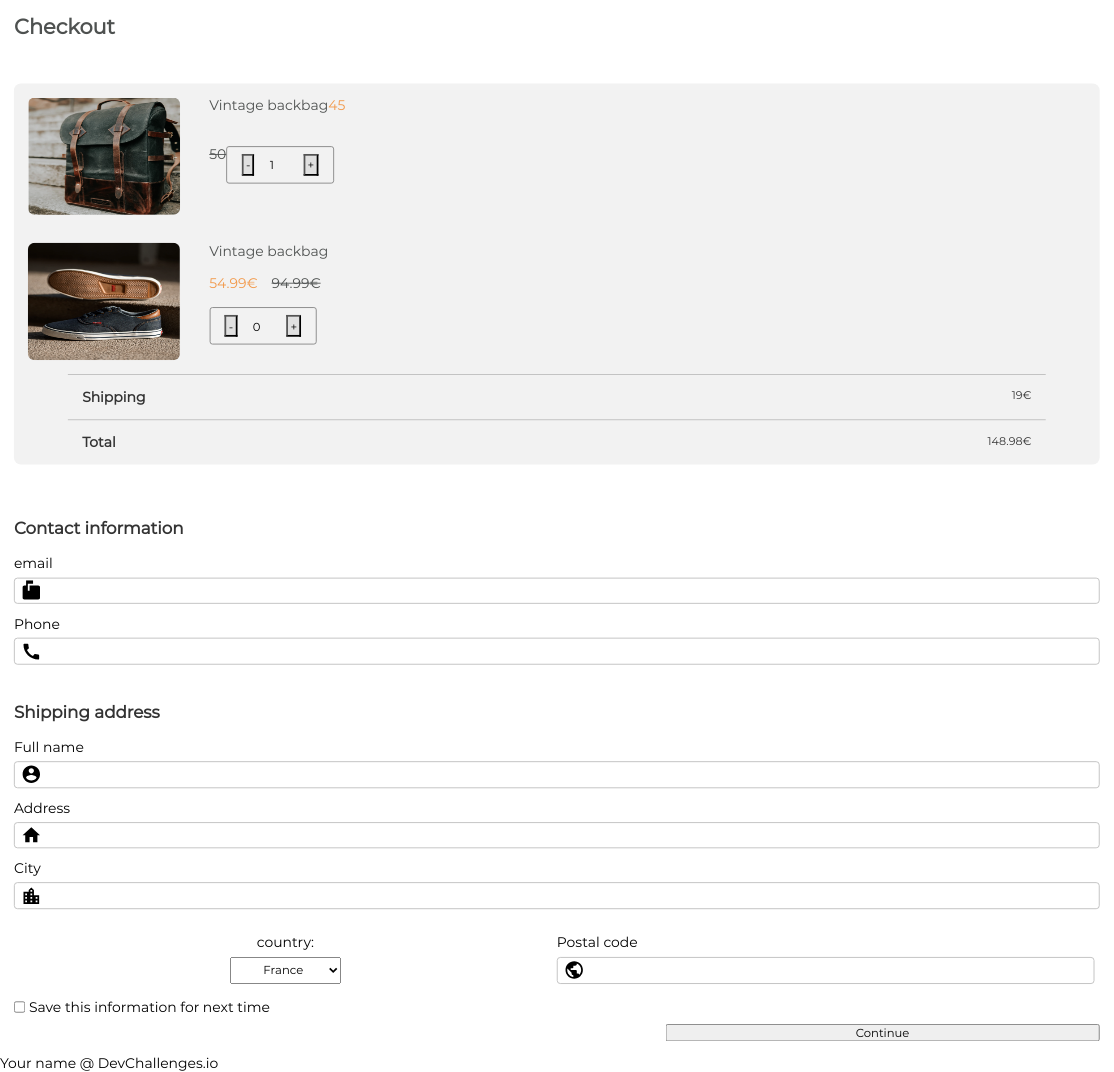
Repository: dubar-jeremy/checkout-page-master
Page: index.html
An editor plug-in stored every save of this project. The page is shown before and after the next save, followed by the edit.
The browser window is 1280 px wide. The pictures show the whole page, at 87% of full size.
The style sheet was rebuilt from its Sass, Less or Tailwind sources for each picture, by a compiler version that may differ from the author's.

Above is the page before, as saved 2021-02-05 23:57:31.

After the next save:
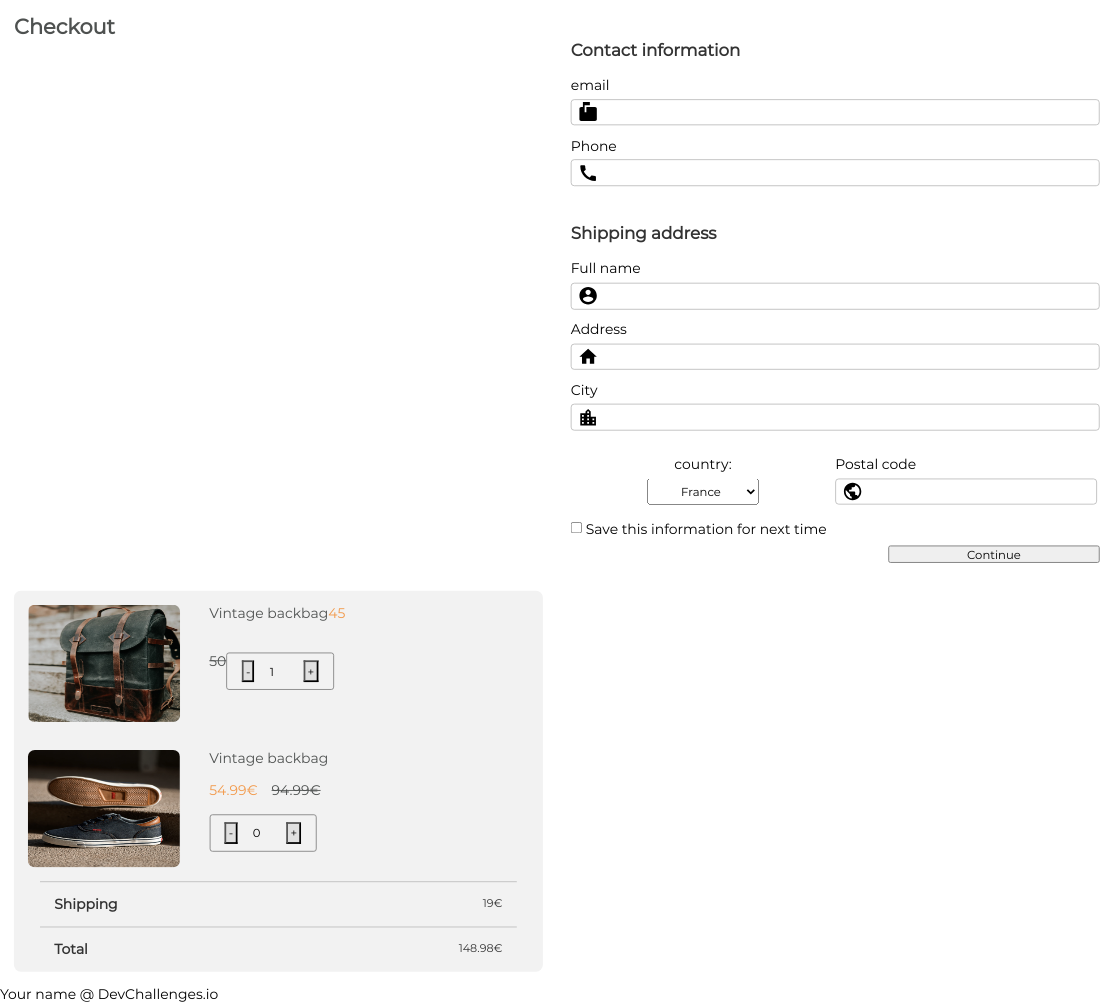
Saved 44 s later.
--- a/style/style.scss
+++ b/style/style.scss
@@ -232,7 +232,7 @@ form {
 }
 
 @media screen AND (min-width: 900px) {
-  .container {
+  .grid-container {
     grid-template-columns: 1fr 1fr;
   }
 }
